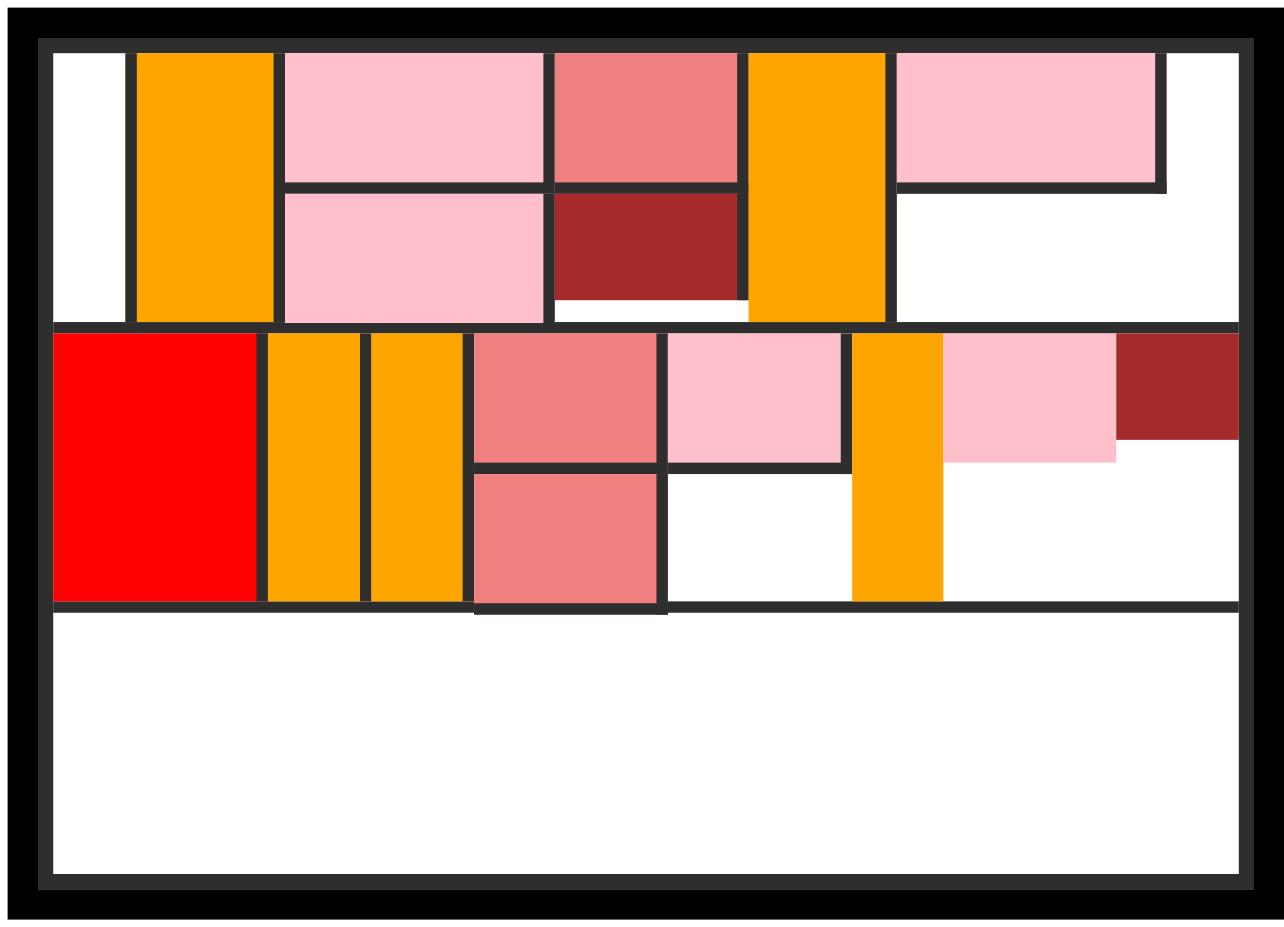
Repository: Tsardines/mondrian
Page: index.html
These files come from the project's save history. The page is drawn as it stood at one moment and after the next save; the edit follows.
The browser window is 1280 px wide. The page is 1352 px wide, so the pictures cover 1352 px, including what lies to the right of the window. The pictures show the whole page, at 95% of full size.
Some web fonts or font styles are not loaded; a fallback is used.

Above is the page before, as saved 2019-10-20 17:07:38.

### index.html
<!DOCTYPE html>
<html>
  <head>
    <meta charset="UTF-8">
  <meta http-equiv="X-UA-Compatible" content="IE=edge,chrome=1">
  <meta name="viewport" content="width=device-width,initial-scale=1">
    <title>title</title>
  <meta name="author" content="name">
  <meta name="description" content="description here">
  <meta name="keywords" content="keywords,here">
  <link rel="stylesheet" href="//fonts.googleapis.com/css?family=font1|font2|etc" type="text/css">
  <link rel="stylesheet" href="styles.css" type="text/css">
  </head>
  <body>

    <div id="canvas">
        <div class="grid__container">
            <div class="grid__top">
                <div class="rect--vert" style="border-right: 0.75rem solid rgb(46, 46, 46); border-left: 0.75rem solid rgb(46, 46, 46);"></div>

                <div class="sm__cont">
                    <div class="rect--hori" style="border-bottom: 0.75rem solid rgb(46, 46, 46); border-right: 0.75rem solid rgb(46, 46, 46);"></div>
                    <div class="rect--hori" style="border-right: 0.75rem solid rgb(46, 46, 46);"></div>
                </div>

                <div class="grid__top--cont">
                    <div class="sq--hori" style="border-bottom: 0.75rem solid rgb(46, 46, 46); border-right: 0.75rem solid rgb(46, 46, 46);"></div>
                    <div class="sq--sm" style="border-right: 0.75rem solid rgb(46, 46, 46);"></div>
                </div>

                <div class="rect--vert" style="border-right: 0.75rem solid rgb(46, 46, 46);"></div>

                <div class="rect--hori" style="border-bottom: 0.75rem solid rgb(46, 46, 46); border-right: 0.75rem solid rgb(46, 46, 46);"></div>

                <!-- <div class="sq"></div> -->
                <!-- <div class="rect--vert"></div> -->

            </div>

            <div class="grid__middle">
                    <div class="sq--big" style="border-right: 0.75rem solid rgb(46, 46, 46);"></div>
                    <div class="rect--vert" style="border-right: 0.75rem solid rgb(46, 46, 46);"></div>
                    <div class="rect--vert" style="border-right: 0.75rem solid rgb(46, 46, 46);"></div>

                    <div class="sm__cont">
                            <div class="sq--hori" style="border-bottom: 0.75rem solid rgb(46, 46, 46); border-right: 0.75rem solid rgb(46, 46, 46);"></div>
                            <div class="sq--hori" style="border-bottom: 0.75rem solid rgb(46, 46, 46); border-right: 0.75rem solid rgb(46, 46, 46);"></div>
                    </div>


                    <div class="rect--hori" style="border-bottom: 0.75rem solid rgb(46, 46, 46); border-right: 0.75rem solid rgb(46, 46, 46);"></div>
                    <div class="rect--vert"></div>
                    <div class="rect--hori"></div>
                    <div class="rect--hori--mini"></div>
                    <div class="sq--sm"></div>
            </div>
            <div class="grid__bottom">



            </div>
        </div>
    </div>

  </body>
</html>

### styles.css
#canvas {
    border: 2rem solid black;
    /* display: block; */
    height: 56rem;
    margin: 0 auto;
    width: 80rem;
}

.grid__container {
    border: 1rem solid rgb(46, 46, 46);
    height: 54rem;
}

.grid__top {
    display: flex;
    height: 32.7%;
    justify-content: center;
}

.grid__middle {
    border-bottom: 0.75rem solid rgb(46, 46, 46);
    border-top: 0.75rem solid rgb(46, 46, 46);
    display: flex;
    height: 32.7%;
}

.grid__bottom {
    height: 32.7%;
}

.rect--vert {
    background-color: orange;
    /* border-right: 0.75rem solid rgb(46, 46, 46); */
    height: 100%;
    width: 9rem;
}

.rect--hori {
    background-color: pink;
    /* border-bottom: 0.75rem solid rgb(46, 46, 46);
    border-right: 0.75rem solid rgb(46, 46, 46); */
    height: 8.5rem;
    width: 17rem;
}

.sq--hori {
    background-color: lightcoral;
    /* border-bottom: 0.75rem solid rgb(46, 46, 46);
    border-right: 0.75rem solid rgb(46, 46, 46); */
    height: 8.5rem;
    width: 12rem;
}

.rect--hori--sm {
    background-color: rgb(55, 87, 190);
    /* border-bottom: 0.75rem solid rgb(46, 46, 46);
    border-right: 0.75rem solid rgb(46, 46, 46); */
    height: 8rem;
    width: 12rem;
}

.sq--big {
    background-color: red;
    height: 100%;
    width: 20rem;
}

.sq--sm {
    background-color: brown;
    /* border-bottom: 0.75rem solid rgb(46, 46, 46);
    border-right: 0.75rem solid rgb(46, 46, 46); */
    height: 7rem;
    width: 12rem;
}

After the next save:
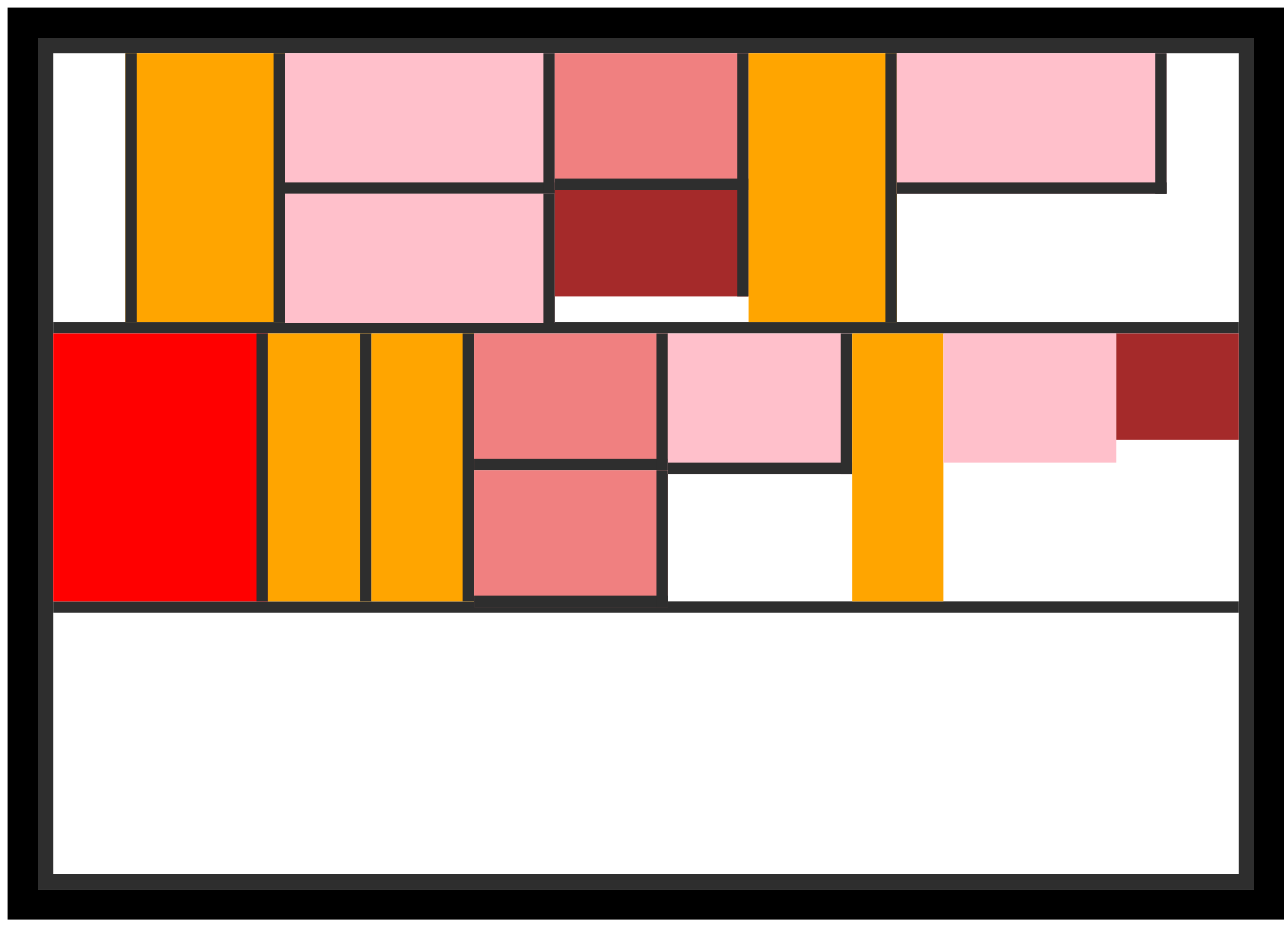
Saved 4 s later.
--- a/styles.css
+++ b/styles.css
@@ -47,7 +47,7 @@
     background-color: lightcoral;
     /* border-bottom: 0.75rem solid rgb(46, 46, 46);
     border-right: 0.75rem solid rgb(46, 46, 46); */
-    height: 8.5rem;
+    height: 8.25rem;
     width: 12rem;
 }
 
